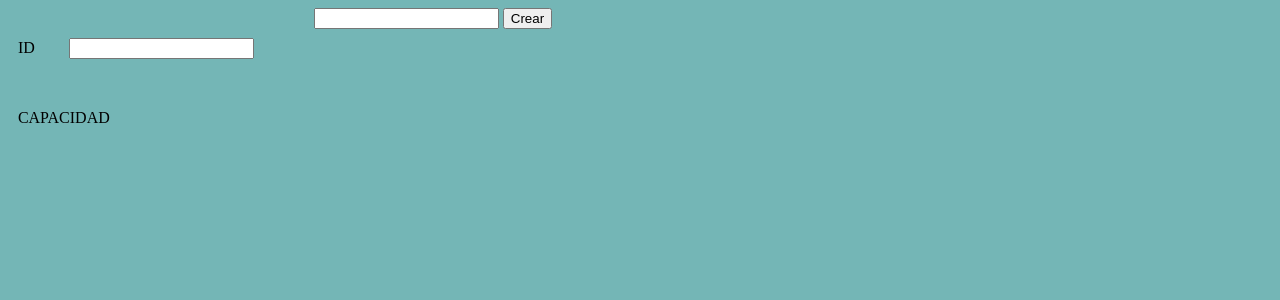
Repository: Robin-Rivadeneira/prueva_pablo
Page: index.html
An editor plug-in stored every save of this project. The page is shown before and after a run of saves, followed by the edit.
The browser window is 1280 px wide. The pictures show the whole page.

Above is the page before, as saved 2020-01-16 20:29:33.

After the next 3 saves:
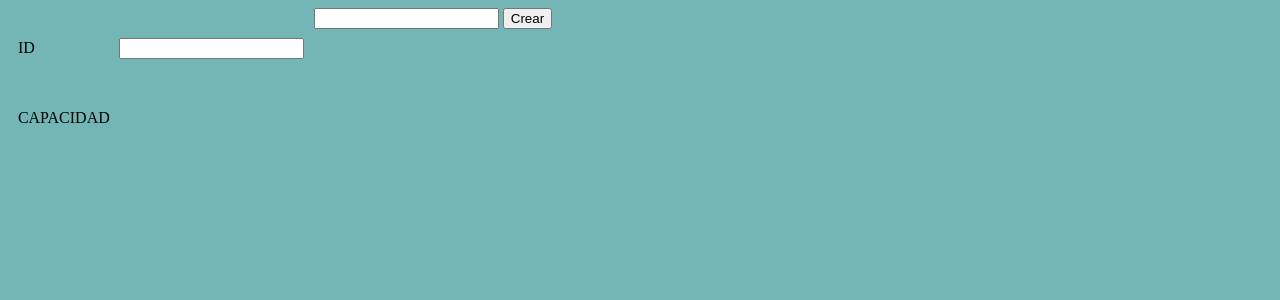
The 3 saves are shown as one change because they came seconds apart.
The last was saved 9 s later.
--- a/css/bomberos.css
+++ b/css/bomberos.css
@@ -9,7 +9,7 @@ body{
 #id{
     position: relative;
     top: 30px;
-    left: 40px;
+    left: 90px;
 }
 
 .capacidad{
